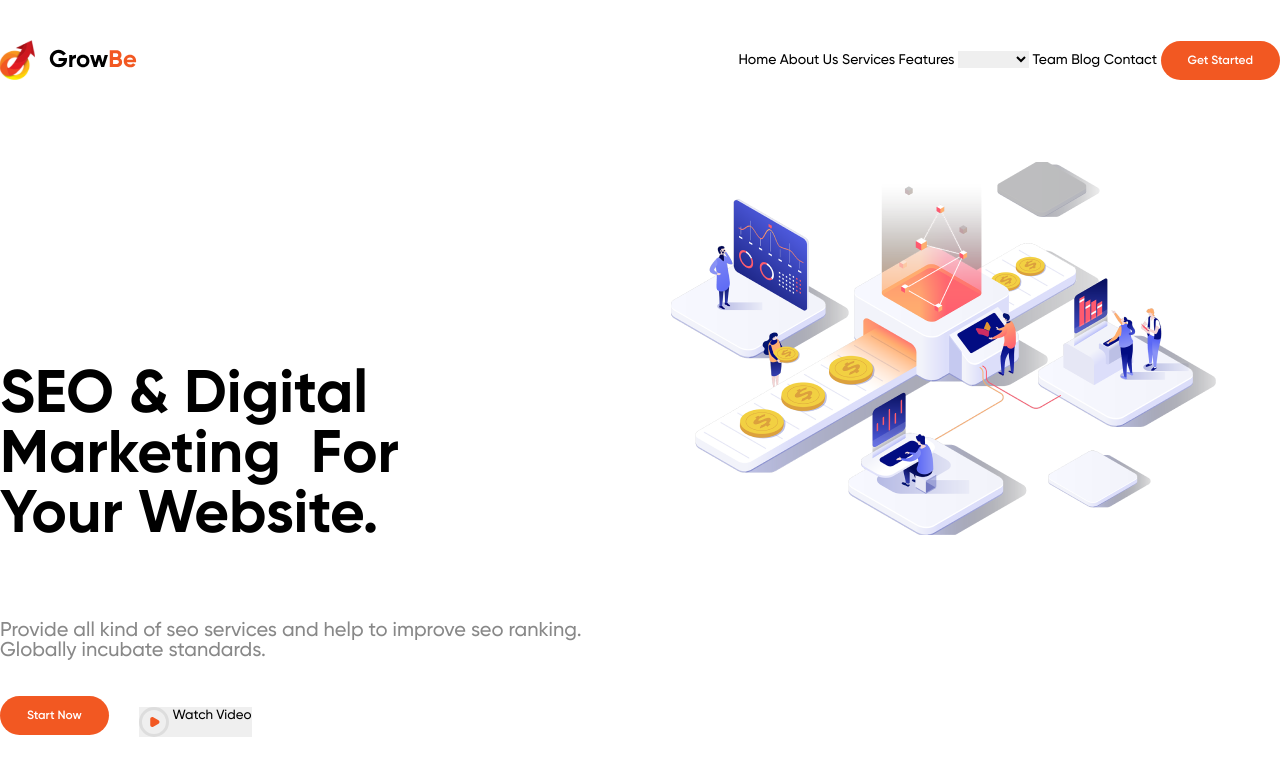
Repository: Alekseiy1980/GrowBe
Page: index.html
These files come from the project's save history. The page is drawn as it stood at one moment and after the next save; the edit follows.
The browser window is 1280 px wide. The pictures show the whole page.

Above is the page before, as saved 2024-01-20 13:43:25.

After the next save:
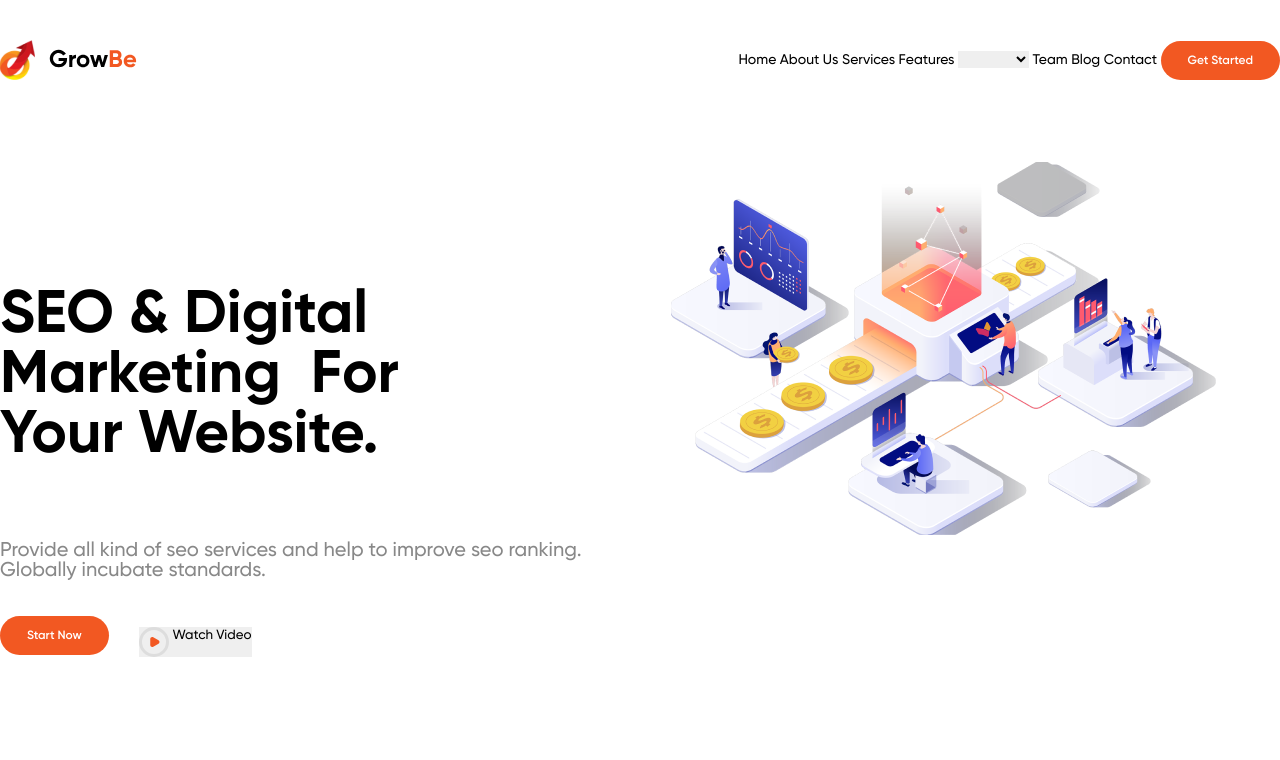
Saved 69 s later.
--- a/css/style.css
+++ b/css/style.css
@@ -84,8 +84,8 @@ header {
     font-family: Gilroy-Bold;
     font-size: 60px;
     margin-bottom: 17px;
-    padding-right: 40px;
-    padding-top: 80px;
+    /* padding-right: 40px; */
+    /* padding-top: 80px; */
     width: 522px;
     white-space: pre-wrap;
 }
